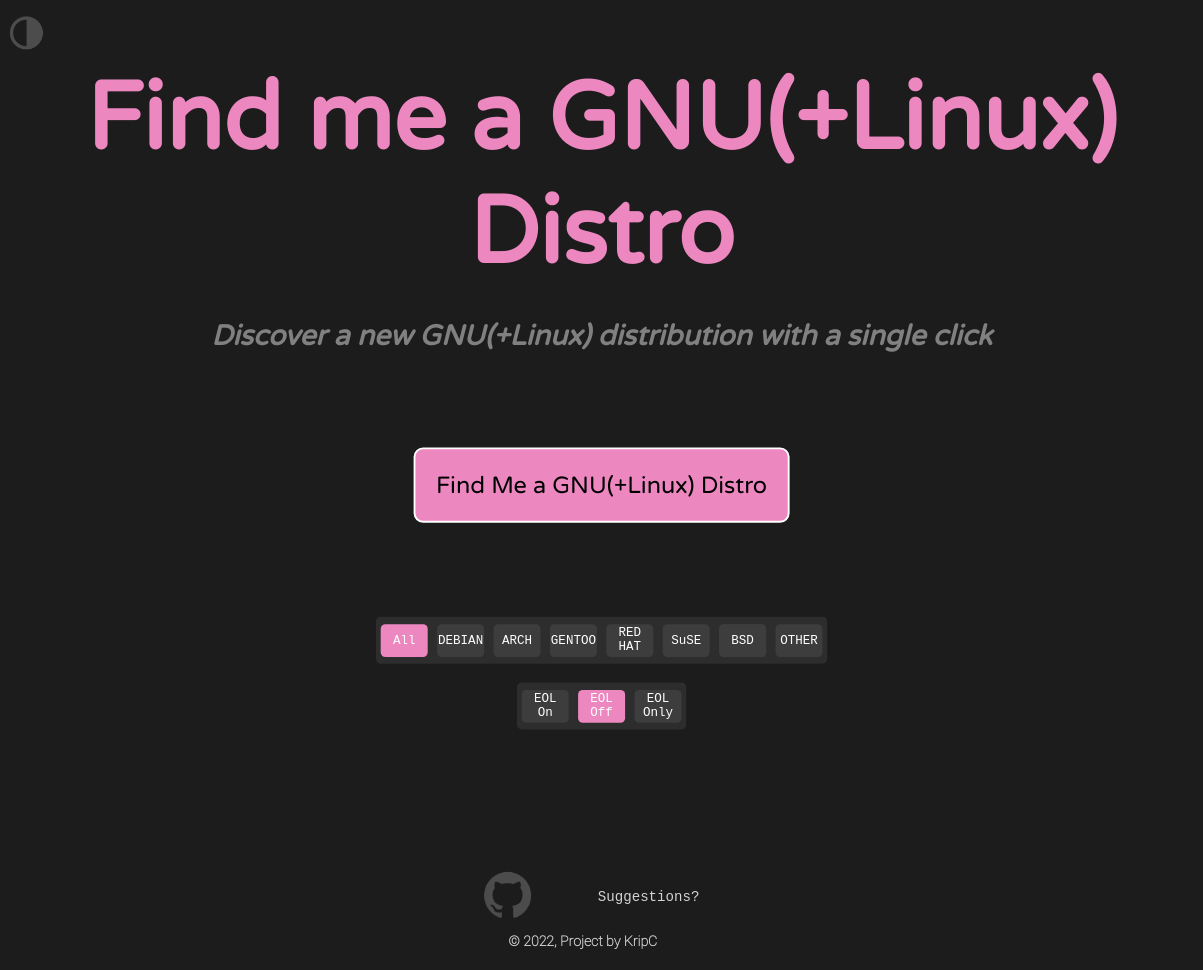
Repository: KripC2160/FindMeALinuxDistro
Page: index.html
The author's editor kept a copy of each file at every save. The page is drawn from the files as they stood at one save, then again after the next save.
The browser window is 1280 px wide. The pictures show the whole page, at 94% of full size.

Above is the page before, as saved 2022-05-17 22:49:41.

After the next save:
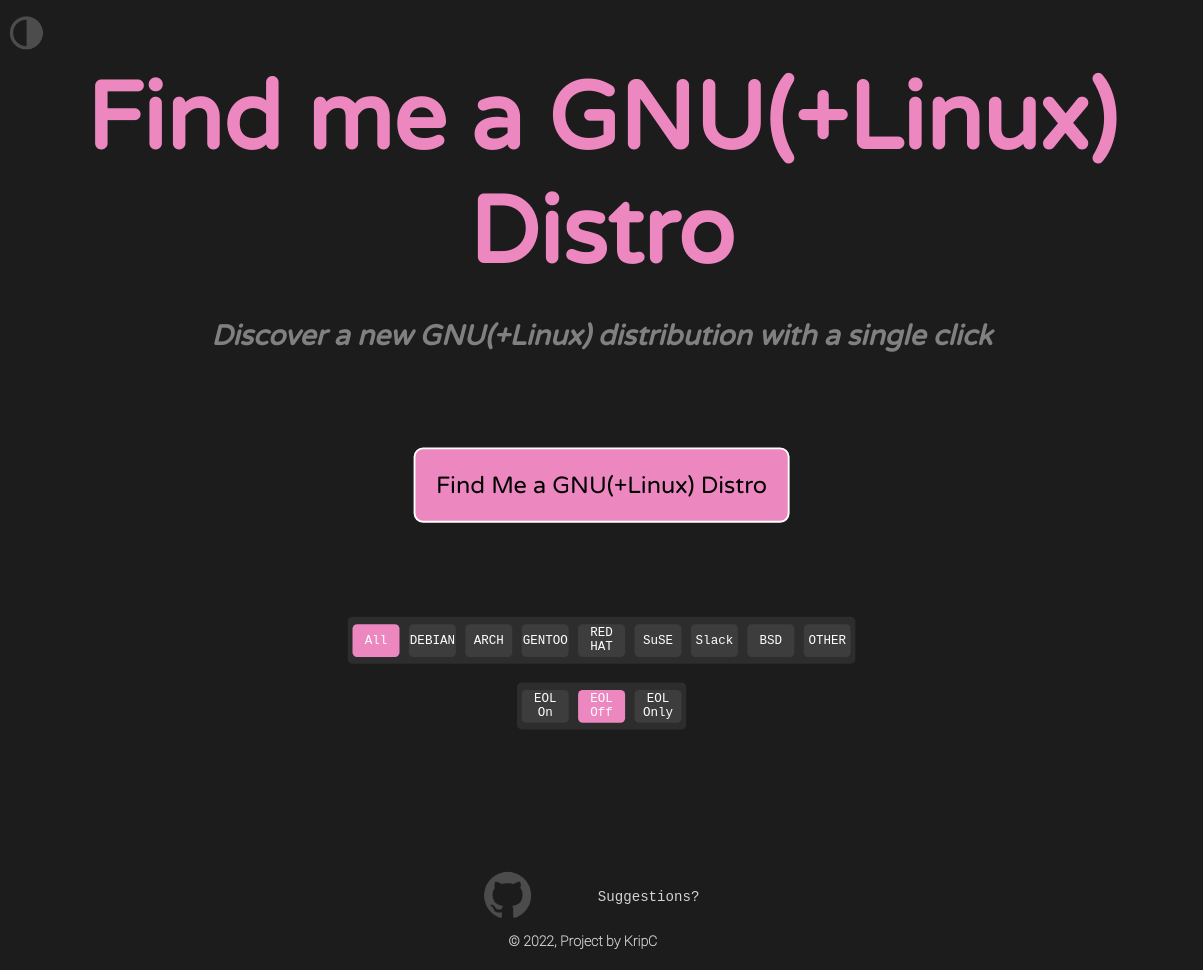
Saved 25 min 56 s later.
--- a/css/style.css
+++ b/css/style.css
@@ -157,7 +157,7 @@ footer{
     bottom: 150px;
     background: var(--main-background);
     height: 50px;
-    width: 480px;
+    width: 540px;
     border-radius: 5px;
 }
 
@@ -248,11 +248,11 @@ footer{
 }
 
 .FMALDBSD{
-    left: 365px;
+    left: 425px;
 }
 
 .FMALDOTHER{
-    left: 425px;
+    left: 485px;
 }
 
 .FMALDEOL{
